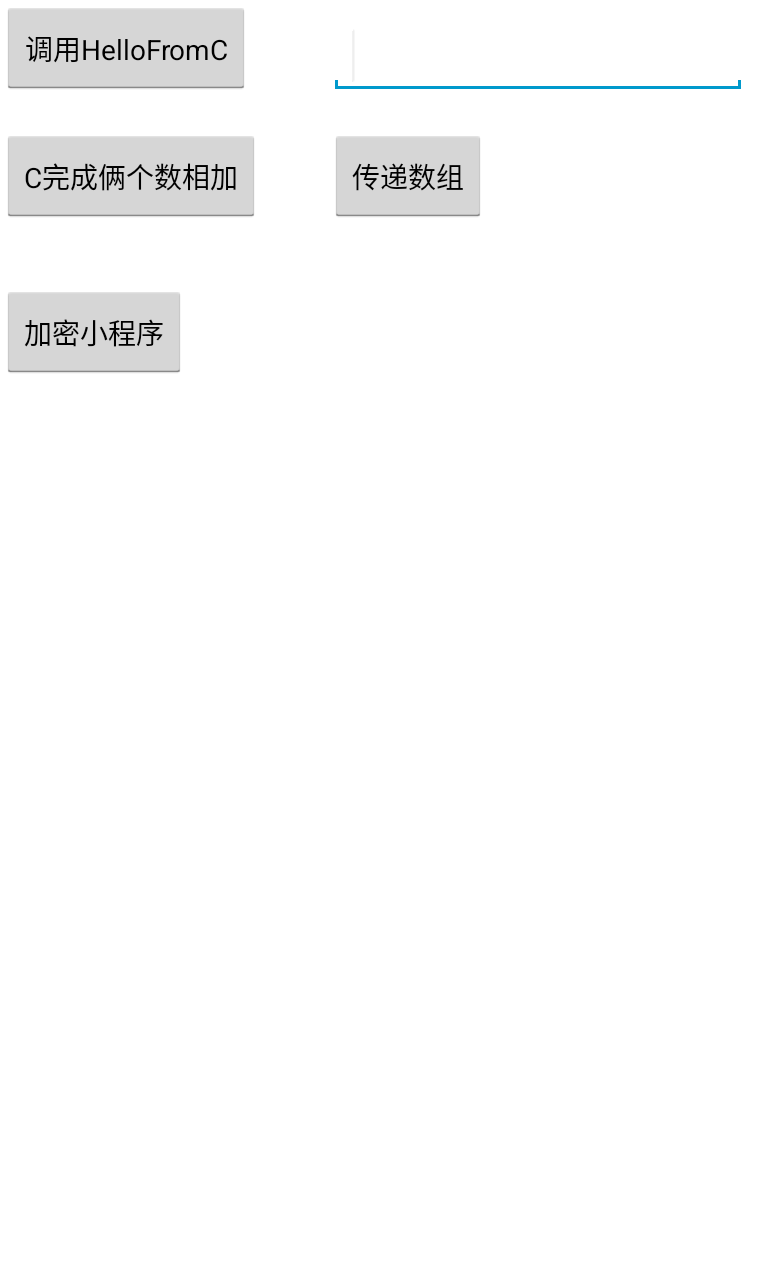
Repository: IvyZh/hm66
Layout: 黑马基础项目/res/layout/activity_jni.xml
These files come from the project's save history. The layout is drawn as it stood at one moment and after the next save; the edit follows.
It is drawn on a 768 x 1280 px phone screen (xhdpi) without system bars, with theme AppTheme; the app's code is not run.

Above is the layout before, as saved 2016-05-29 20:05:06.

### 黑马基础项目/res/layout/activity_jni.xml
<RelativeLayout xmlns:android="http://schemas.android.com/apk/res/android"
    xmlns:tools="http://schemas.android.com/tools"
    android:layout_width="match_parent"
    android:layout_height="match_parent"
    android:orientation="vertical" >

    <Button
        android:id="@+id/button1"
        style="?android:attr/buttonStyleSmall"
        android:layout_width="wrap_content"
        android:layout_height="wrap_content"
        android:layout_alignParentLeft="true"
        android:layout_alignParentTop="true"
        android:onClick="click1"
        android:text="调用HelloFromC" />

    <Button
        android:id="@+id/button2"
        style="?android:attr/buttonStyleSmall"
        android:layout_width="wrap_content"
        android:layout_height="wrap_content"
        android:layout_alignParentLeft="true"
        android:layout_below="@+id/button1"
        android:layout_marginTop="16dp"
        android:onClick="click2"
        android:text="C完成俩个数相加" />

    <EditText
        android:id="@+id/editText1"
        android:layout_width="wrap_content"
        android:layout_height="wrap_content"
        android:layout_alignBottom="@+id/button1"
        android:layout_marginLeft="33dp"
        android:layout_toRightOf="@+id/button2"
        android:ems="10" >

        <requestFocus />
    </EditText>

    <Button
        android:id="@+id/button3"
        style="?android:attr/buttonStyleSmall"
        android:layout_width="wrap_content"
        android:layout_height="wrap_content"
        android:layout_alignParentLeft="true"
        android:layout_below="@+id/button2"
        android:layout_marginTop="30dp"
        android:onClick="click3"
        android:text="加密小程序" />

    <Button
        android:id="@+id/button4"
        style="?android:attr/buttonStyleSmall"
        android:layout_width="wrap_content"
        android:onClick="click4"
        android:layout_height="wrap_content"
        android:layout_alignBaseline="@+id/button2"
        android:layout_alignBottom="@+id/button2"
        android:layout_alignLeft="@+id/editText1"
        android:text="传递数组" />

</RelativeLayout>

Loaded but not shown: 黑马基础项目/res/values/styles.xml (common file); 黑马基础项目/res/values-v11/styles.xml (common file); 黑马基础项目/res/values-v14/styles.xml (common file)

After the next save:
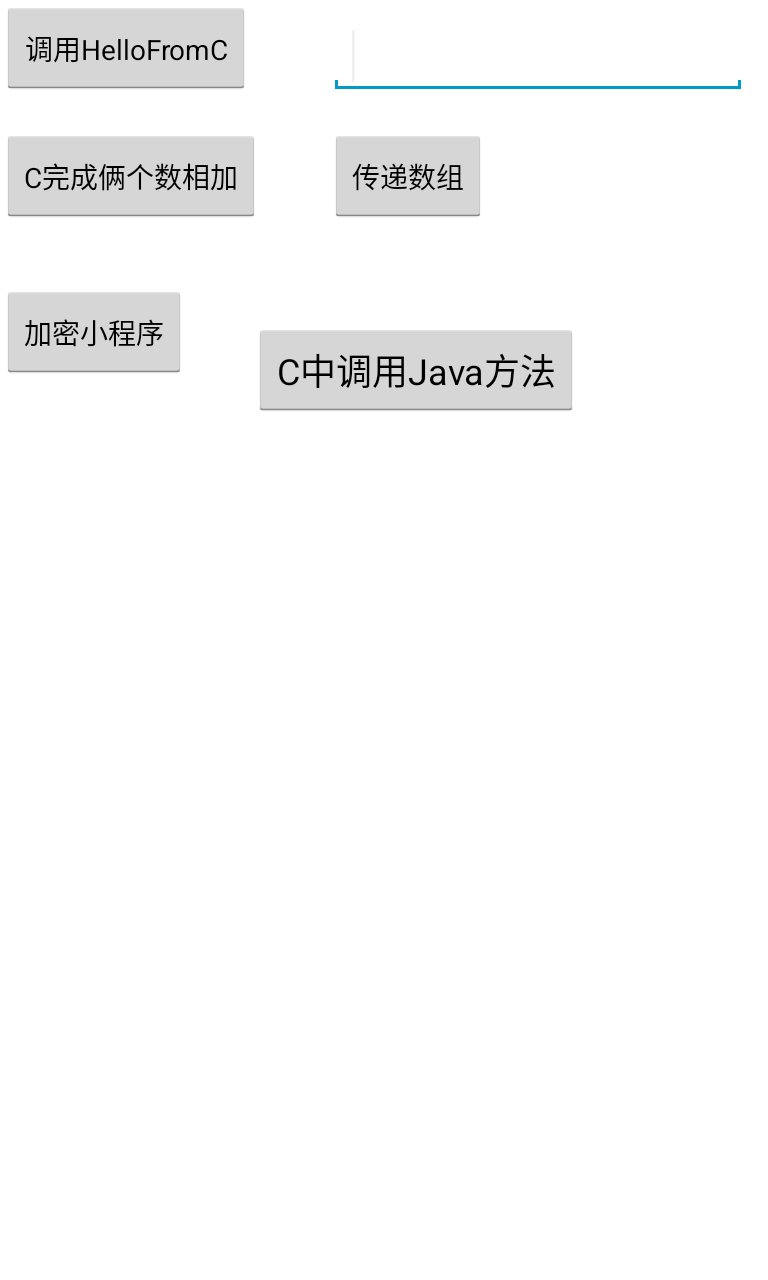
Saved 109 s later.
--- a/黑马基础项目/res/layout/activity_jni.xml
+++ b/黑马基础项目/res/layout/activity_jni.xml
@@ -59,4 +59,13 @@
         android:layout_alignLeft="@+id/editText1"
         android:text="传递数组" />
 
+    <Button
+        android:id="@+id/button5"
+        android:layout_width="wrap_content"
+        android:layout_height="wrap_content"
+        android:layout_alignTop="@+id/button3"
+        android:layout_marginTop="19dp"
+        android:layout_toRightOf="@+id/button1"
+        android:text="C中调用Java方法" />
+
 </RelativeLayout>
